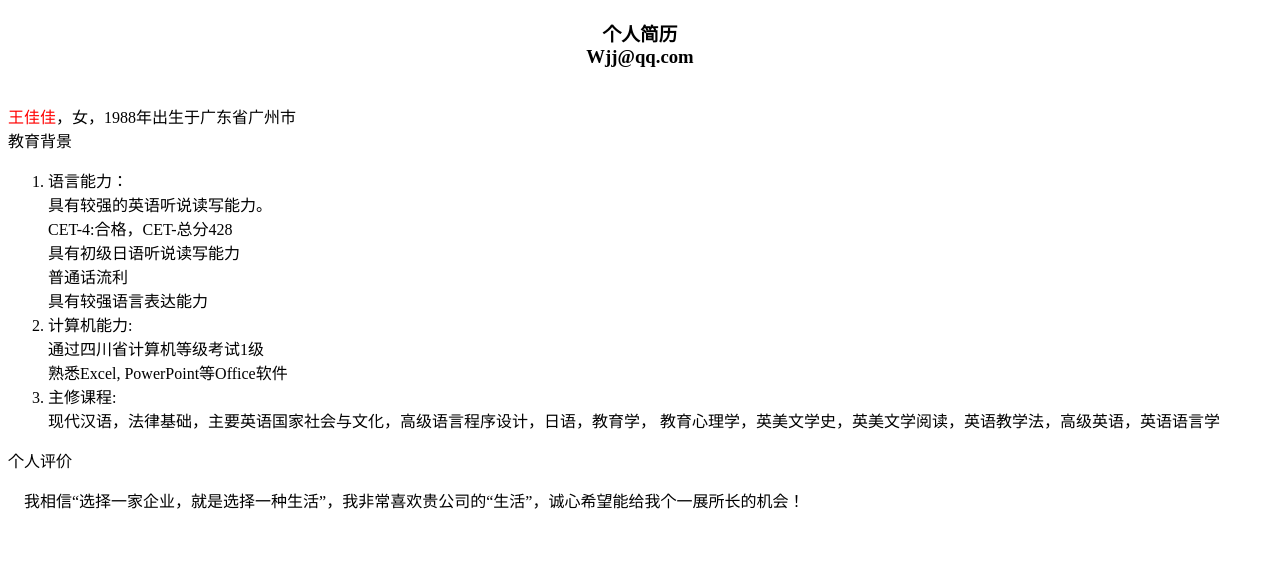
Repository: sheep9590/Test
Page: http://localhost/Prj03/
These files come from the project's save history. The page is drawn as it stood at one moment and after the next save; the edit follows.
The browser window is 1280 px wide. The pictures show the whole page.
The page is served by Tomcat 9.

Above is the page before, as saved 2021-09-08 13:13:17.

After the next save:
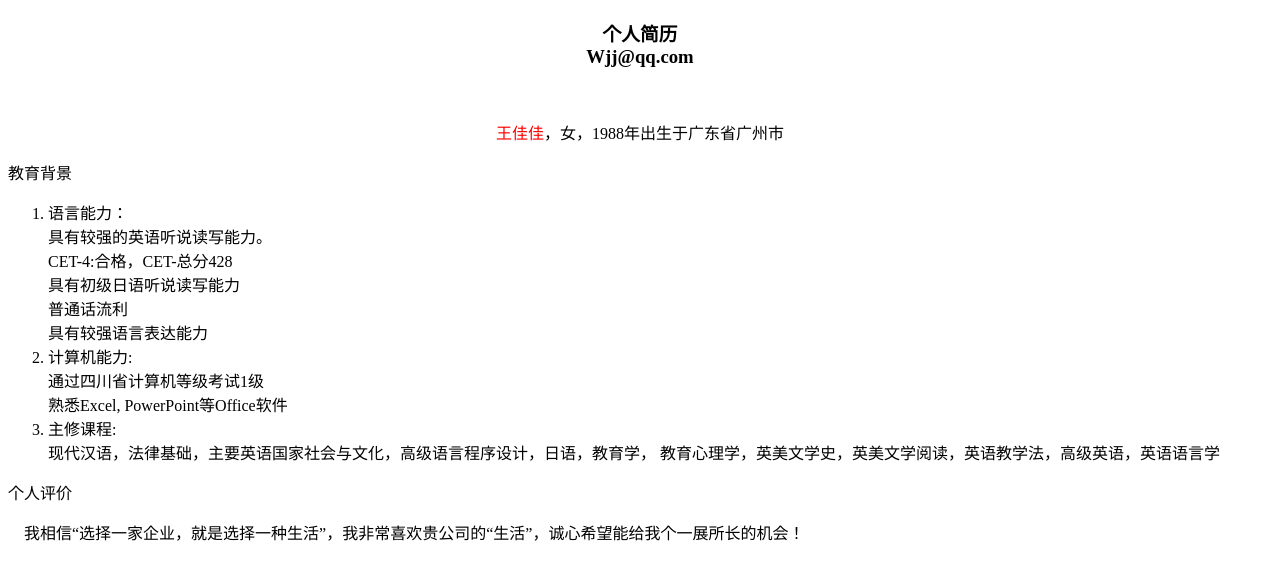
Saved 38 s later.
--- a/eclipse-workspace/Prj03/WebRoot/index.jsp
+++ b/eclipse-workspace/Prj03/WebRoot/index.jsp
@@ -9,7 +9,7 @@
 <body>
 <h3 align="center">个人简历<br>
 Wjj@qq.com</h3><br>
-<font align="center" color="#FF0000" face="STFangsong" size="3">王佳佳</font>，女，1988年出生于广东省广州市<br>
+<p align="center"><font  color="#FF0000" face="STFangsong" size="3">王佳佳</font>，女，1988年出生于广东省广州市<br></p>
 教育背景
 <ol>
 <li>语言能力：<br>具有较强的英语听说读写能力。<br>CET-4:合格，CET-总分428<br>具有初级日语听说读写能力<br>普通话流利<br>
